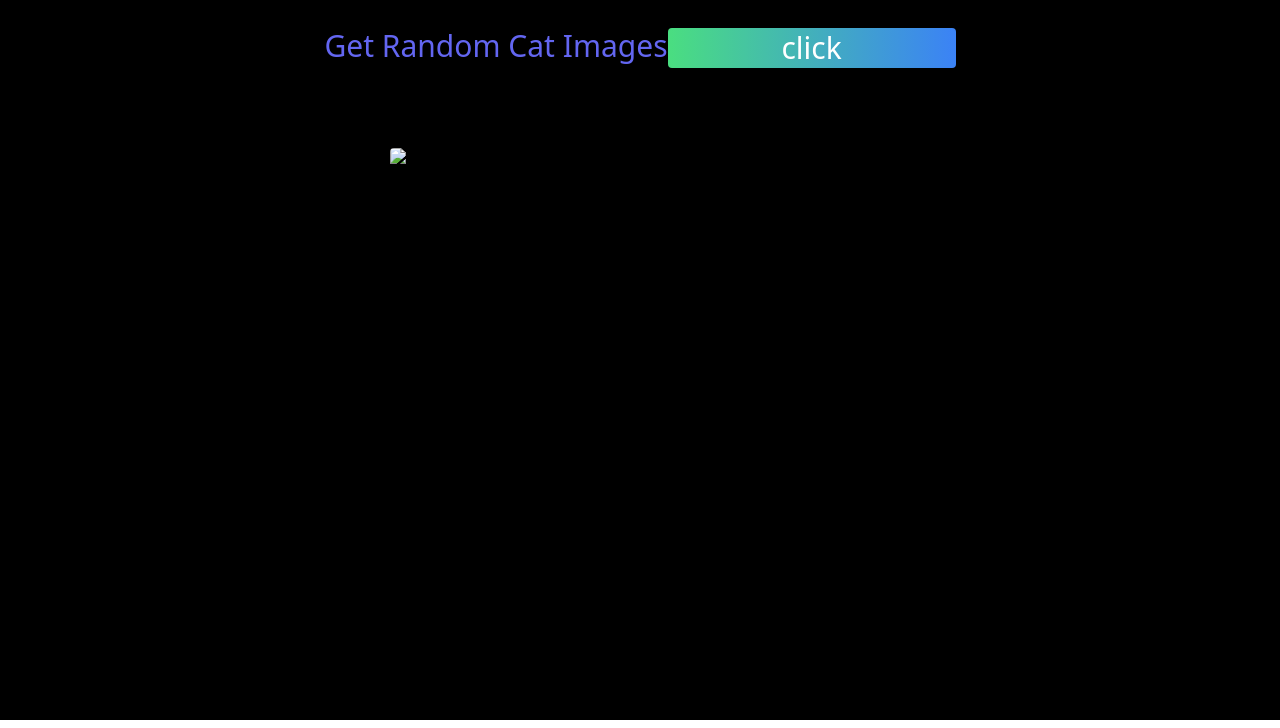
Repository: tentaciones/catMemeGenerator
Page: /
These files come from the project's save history. The page is drawn as it stood at one moment and after the next save; the edit follows.
The browser window is 1280 px wide. The pictures show the whole page.
The page's requests for data from a server got no answer. Some web fonts or font styles are not loaded; a fallback is used. The project was rebuilt for these pictures with package versions that can differ from the ones it lists, and the page was loaded fresh each time. No one was signed in, and anything a server would have sent is missing. Also part of the build but not shown: src/components/Navbar.jsx, src/components/Header.jsx, src/components/Post.jsx, src/components/Sidebar.jsx, src/pages/home.jsx.

Above is the page before, as saved 2022-07-07 20:08:02.

### public/index.html
<!DOCTYPE html>
<html lang="en">
  <head>
    <meta charset="utf-8" />
    <link rel="icon" href="%PUBLIC_URL%/favicon.ico" />
    <meta name="viewport" content="width=device-width, initial-scale=1" />
    <meta name="theme-color" content="#000000" />
    <meta
      name="description"
      content="Web site created using create-react-app"
    />
    <link rel="apple-touch-icon" href="%PUBLIC_URL%/logo192.png" />
    <link rel="preconnect" href="https://fonts.googleapis.com" />
    <link rel="preconnect" href="https://fonts.gstatic.com" crossorigin />
    <link
      href="https://fonts.googleapis.com/css2?family=Gentium+Book+Plus:ital@1&family=Rubik+Moonrocks&display=swap"
      rel="stylesheet"
    />
    <link rel="manifest" href="%PUBLIC_URL%/manifest.json" />

    <title>React App</title>
  </head>
  <body>
    <noscript>You need to enable JavaScript to run this app.</noscript>
    <div id="root"></div>
    <!--
      This HTML file is a template.
      If you open it directly in the browser, you will see an empty page.

      You can add webfonts, meta tags, or analytics to this file.
      The build step will place the bundled scripts into the <body> tag.

      To begin the development, run `npm start` or `yarn start`.
      To create a production bundle, use `npm run build` or `yarn build`.
    -->
  </body>
</html>

### src/App.js
import { Navbar } from "./components";
import Home from "./pages/Home";
import Generator from "./pages/Generator";
function App() {
  return (
    <div>
      <Generator />
    </div>
  );
}

export default App;

### src/components/index.js
export { default as Navbar } from "./Navbar";
export { default as Header } from "./Header";
export { default as Post } from "./Post";
export { default as Sidebar } from "./Sidebar";

### src/pages/Generator.jsx
import React, { useEffect, useState } from "react";
import Loading from "../components/Loading";
const Generator = () => {
  const [cat, setCat] = useState("");
  const [done, setDone] = useState(undefined);
  const [loading, setLoading] = useState(undefined);
  const getCat = () => {
    setDone(undefined);
    setLoading(undefined);
    setTimeout(() => {
      fetch("https://aws.random.cat/meow")
        .then((res) => res.json())
        .then((data) => setCat(data.file));
      setLoading(true);
      setTimeout(() => {
        setDone(true);
      }, 1000);
    }, 1200);
  };
  useEffect(() => {
    getCat();
  }, []);

  return (
    <div className="bg-black h-screen">
      <div className="flex text-indigo-500 text-3xl justify-center md:hidden">
        <div className="mt-32"> Get Random Cat Images</div>
      </div>
      <div className="md:hidden flex justify-center text-3xl">
        <button
          onClick={getCat}
          className="bg-gradient-to-r from-green-400 to-blue-500 hover:from-pink-500 hover:to-yellow-500 text-white w-72 h-10 rounded mt-7"
        >
          click
        </button>
      </div>
      <div className=" flex justify-center md:hidden">
        {!done ? (
          <Loading loading={loading} />
        ) : (
          <img
            src={cat}
            alt="c"
            className="h-[300px] w-[3000px] rounded my-20"
          />
        )}
      </div>
      <div className="hidden md:flex justify-center text-indigo-500 text-3xl">
        <div className="mt-7">Get Random Cat Images</div>
        <button
          onClick={getCat}
          className="bg-gradient-to-r from-green-400 to-blue-500 hover:from-pink-500 hover:to-yellow-500 text-white w-72 h-10 rounded mt-7"
        >
          click
        </button>
      </div>

      <div className="hidden md:flex justify-center">
        {!done ? (
          <Loading loading={loading} />
        ) : (
          <img
            src={cat}
            alt="c"
            className="h-[500px] w-[500px] rounded my-20"
          />
        )}
      </div>
    </div>
  );
};

export default Generator;

### src/components/Loading.js
import React from "react";
import Lottie from "react-lottie";
import * as loading from "../46472-lurking-cat.json";
import * as done from "../50465-done.json";

const defaultOptions = {
  loop: true,
  autoplay: true,
  animationData: loading.default,
  rendererSettings: {
    preserveAspectRatio: "xMidYMid slice",
  },
};

const defaultOptions2 = {
  loop: false,
  autoplay: true,
  animationData: done.default,
  rendererSettings: {
    preserveAspectRatio: "xMidYMid slice",
  },
};

const Loading = ({ loading }) => {
  console.log(loading);
  return (
    <div>
      {!loading ? (
        <Lottie options={defaultOptions} height={120} width={120} />
      ) : (
        <Lottie options={defaultOptions2} height={120} width={120} />
      )}
    </div>
  );
};

export default Loading;

Loaded but not shown: src/index.js (common file); src/index.css (common file); src/reportWebVitals.js (common file); src/46472-lurking-cat.json (common file); src/50465-done.json (common file); tailwind.config.js (common file)

After the next save:
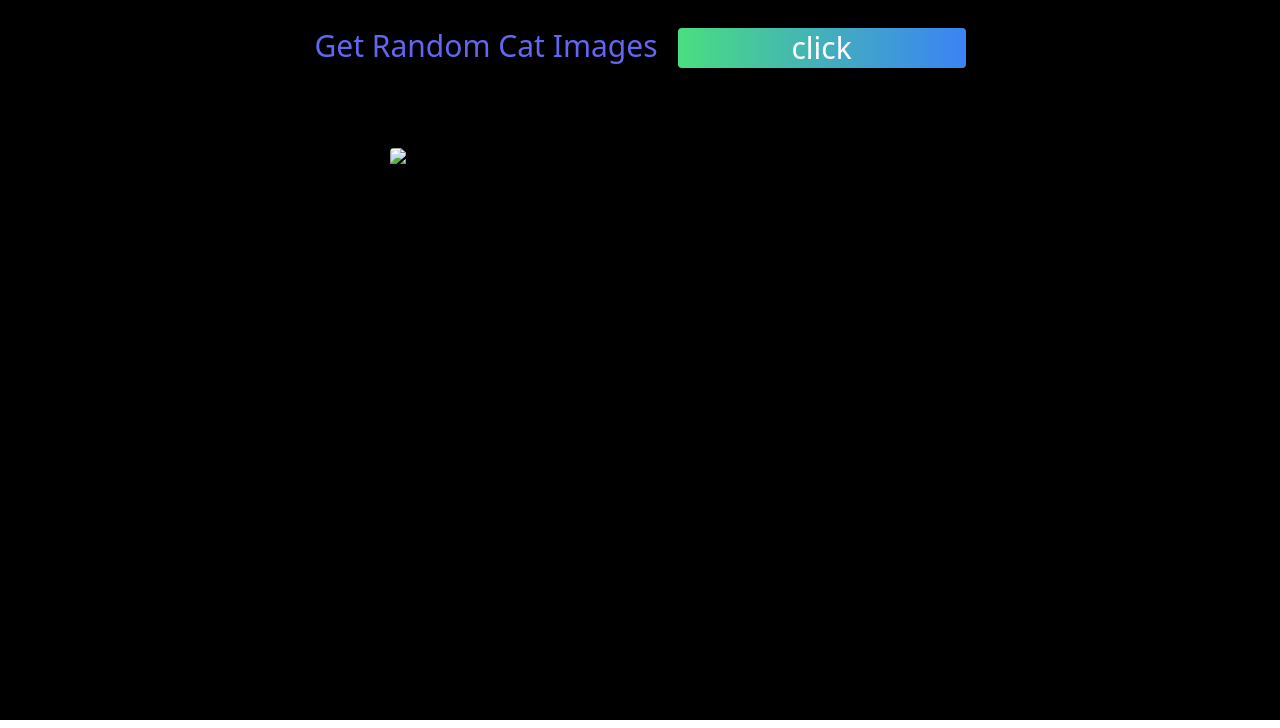
Saved 30 s later.
--- a/src/pages/Generator.jsx
+++ b/src/pages/Generator.jsx
@@ -45,7 +45,7 @@
           />
         )}
       </div>
-      <div className="hidden md:flex justify-center text-indigo-500 text-3xl">
+      <div className="hidden md:flex justify-center text-indigo-500 text-3xl gap-5">
         <div className="mt-7">Get Random Cat Images</div>
         <button
           onClick={getCat}
